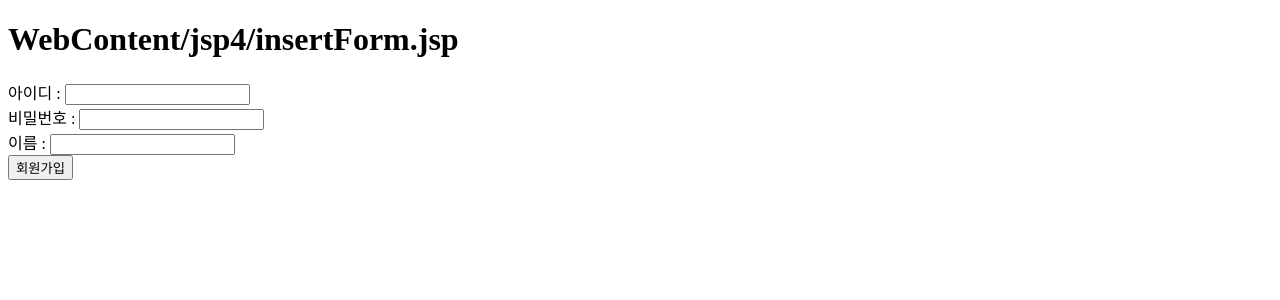
Repository: ReadStar/workspace_jsp
Page: http://localhost/StudyJSP/jsp4/insertPro.jsp
These files come from the project's save history. The page is drawn as it stood at one moment and after the next save; the edit follows.
The browser window is 1280 px wide. The pictures show the whole page.
The page is served by Tomcat 9. Other server files are loaded and not shown.

Above is the page before, as saved 2020-08-25 05:31:21.

### StudyJSP/WebContent/jsp4/insertPro.jsp
<%@ page language="java" contentType="text/html; charset=UTF-8"
    pageEncoding="UTF-8"%>
<!DOCTYPE html>
<html>
<head>
<meta charset="UTF-8">
<title>Insert title here</title>
</head>
<body>
<h1>WebContent/jsp4/insertForm.jsp</h1>
<form action = "insertPro.jsp" method="post">
아이디 : <input type="text" name="id"><br>
비밀번호 : <input type="text" name="pass"><br>
이름 : <input type="text" name="name"><br>
<input type="submit" value="회원가입">
</form>
</body>
</html>

After the next save:
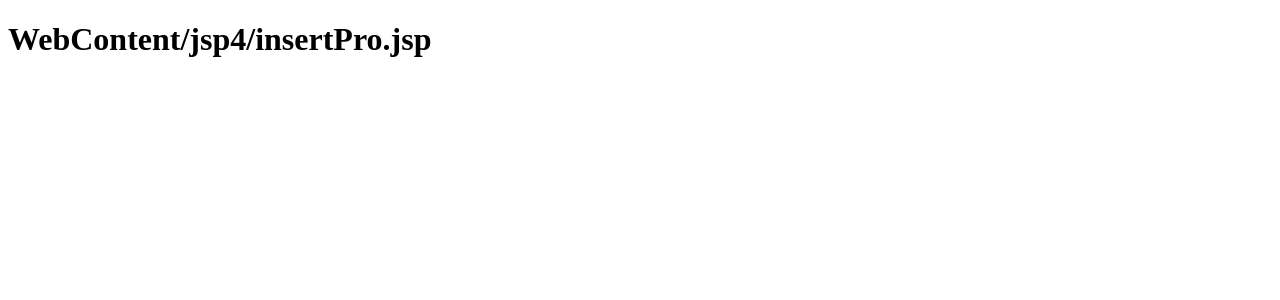
Saved 13 s later.
--- a/StudyJSP/WebContent/jsp4/insertPro.jsp
+++ b/StudyJSP/WebContent/jsp4/insertPro.jsp
@@ -7,12 +7,8 @@
 <title>Insert title here</title>
 </head>
 <body>
-<h1>WebContent/jsp4/insertForm.jsp</h1>
-<form action = "insertPro.jsp" method="post">
-아이디 : <input type="text" name="id"><br>
-비밀번호 : <input type="text" name="pass"><br>
-이름 : <input type="text" name="name"><br>
-<input type="submit" value="회원가입">
+<h1>WebContent/jsp4/insertPro.jsp</h1>
+
 </form>
 </body>
 </html>
